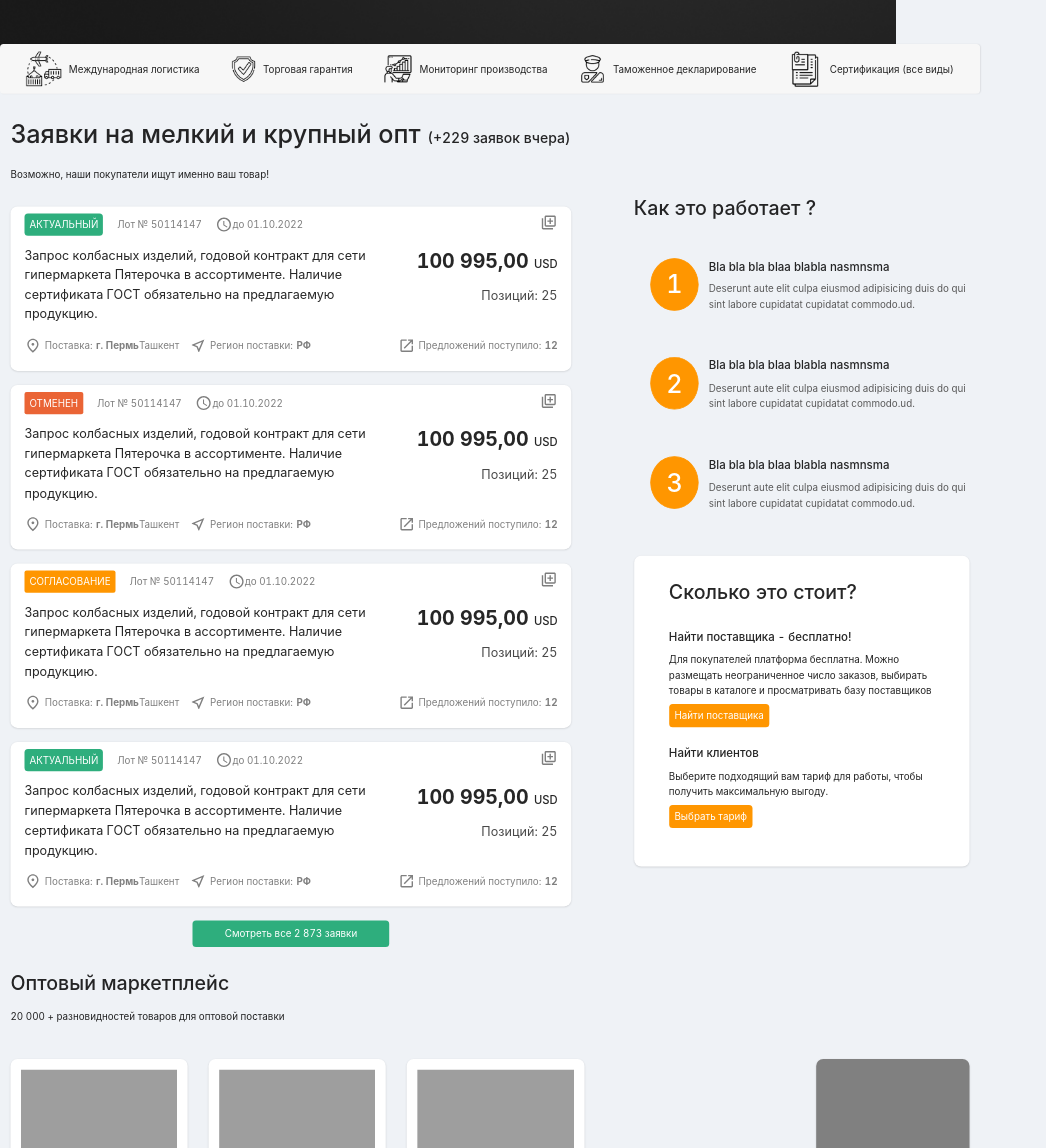
Repository: iDev07/all4uWelcomePage
Page: / (app in all4u.marketplace/)
These files come from the project's save history. The page is drawn as it stood at one moment and after the next save; the edit follows.
The browser window is 1280 px wide. The page is 1494 px wide, so the pictures cover 1494 px, including what lies to the right of the window. The pictures show the part of the page from y = 637 to 2277 px (the page is 5423 px tall), at 70% of full size.
Pictures or frames that could not be fetched are drawn as grey boxes. The page's requests for data from a server got no answer. Backgrounds fixed to the window are drawn as part of the page. Some web fonts or font styles are not loaded; a fallback is used. The project was rebuilt for these pictures with package versions that can differ from the ones it lists, and the page was loaded fresh each time. The framework's server and built-in components were replaced by stand-ins that run in the browser. No one was signed in, and anything a server would have sent is missing. Also part of the build but not shown: all4u.marketplace/next.config.js, all4u.marketplace/components/MobileFooter.js.

Above is the page before, as saved 2023-05-30 22:58:32.

### all4u.marketplace/pages/_app.js
import "../styles/globals.css";
import "../styles/Main.scss";

function MyApp({ Component, pageProps }) {
  return <Component {...pageProps} />;
}

export default MyApp;

### all4u.marketplace/styles/globals.css
/* Font */
@import url("http://fonts.cdnfonts.com/css/sf-pro-display");
html,
body {
  padding: 0 !important;
  margin: 0 !important;
  font-family: "SF Pro Display", sans-serif !important;
  background-color: #eff2f6 !important;
}

a {
  color: inherit !important;
  text-decoration: none !important;
}
.containerdev {
  position: relative !important;
  padding-right: 15px;
  padding-left: 15px;
  margin-right: auto;
  margin-left: auto;
}
@media (min-width: 768px) {
  .containerdev {
    width: 850px;
  }
}
@media (min-width: 992px) {
  .containerdev {
    width: 970px;
  }
}
@media (min-width: 1200px) {
  .containerdev {
    width: 1400px;
  }
  /* @media (min-width: 1250px) {
    .containerdev {
      width: 1200px;
    }
  } */
}
* {
  box-sizing: border-box !important;
}
.ant-select-item-option-active:not(.ant-select-item-option-disabled) {
  background-color: #202123 !important;
}

### all4u.marketplace/components/Orders.js
import React from "react";
import MailOutlineIcon from "@mui/icons-material/MailOutline";
import Fade from "react-reveal/Fade";
import WatchLaterOutlinedIcon from "@mui/icons-material/WatchLaterOutlined";
import LibraryAddOutlinedIcon from "@mui/icons-material/LibraryAddOutlined";
import FmdGoodOutlinedIcon from "@mui/icons-material/FmdGoodOutlined";
import NearMeOutlinedIcon from "@mui/icons-material/NearMeOutlined";
import LaunchOutlinedIcon from "@mui/icons-material/LaunchOutlined";
function Orders() {
  return (
    <div className="Orders">
      <div className="containerdev">
        <div className="intro">
          <h1>
            Заявки на мелкий и крупный опт <span>(+229 заявок вчера)</span>
          </h1>
          <p>Возможно, наши покупатели ищут именно ваш товар!</p>
        </div>
        <div className="orders_wrapper">
          <div className="orders_id">
            <Fade left>
              <div className="old_order">
                <div className="head_sec">
                  <div className="left_box">
                    <ul className="wishlist">
                      <li className="prod_status">
                        {" "}
                        <p className="new">АКТУАЛЬНЫЙ</p>
                      </li>
                      <li>
                        <p>Лот № 50114147</p>
                      </li>
                      <li>
                        <p>
                          <WatchLaterOutlinedIcon />
                          до 01.10.2022
                        </p>
                      </li>
                    </ul>
                  </div>
                  <div className="right_box">
                    <a href="">
                      {" "}
                      <p>
                        <LibraryAddOutlinedIcon />
                      </p>
                    </a>
                  </div>
                </div>
                <div className="product_features">
                  <a href="">
                    <div className="opisanie">
                      <p>
                        Запрос колбасных изделий, годовой контракт для сети
                        гипермаркета Пятерочка в ассортименте. Наличие
                        сертификата ГОСТ обязательно на предлагаемую продукцию.
                      </p>
                    </div>
                    <div className="tsena">
                      <h1>
                        <b>100 995,00</b> <span>USD</span>
                      </h1>
                      <p> Позиций: 25</p>
                    </div>
                  </a>
                </div>
                <div className="bottom_sec">
                  <p className="location">
                    {" "}
                    <FmdGoodOutlinedIcon /> Поставка: <b>г. Пермь </b> Ташкент
                  </p>
                  <p className="located">
                    <NearMeOutlinedIcon /> Регион поставки: <b> РФ</b>
                  </p>
                  <p className="sipped">
                    <LaunchOutlinedIcon />
                    Предложений поступило: <b>12</b>
                  </p>
                </div>
              </div>
            </Fade>
            <Fade left>
              <div className="old_order">
                <div className="head_sec">
                  <ul className="wishlist">
                    <li className="prod_status">
                      {" "}
                      <p className="cancelled">ОТМЕНЕН</p>
                    </li>
                    <li>
                      <p>Лот № 50114147</p>
                    </li>
                    <li>
                      <p>
                        <WatchLaterOutlinedIcon />
                        до 01.10.2022
                      </p>
                    </li>
                  </ul>
                  <div className="right_box">
                    <a href="">
                      {" "}
                      <p>
                        <LibraryAddOutlinedIcon />
                      </p>
                    </a>
                  </div>
                </div>
                <div className="product_features">
                  <a href="">
                    <div className="opisanie">
                      <p>
                        Запрос колбасных изделий, годовой контракт для сети
                        гипермаркета Пятерочка в ассортименте. Наличие
                        сертификата ГОСТ обязательно на предлагаемую продукцию.
                      </p>
                    </div>
                    <div className="tsena">
                      <h1>
                        <b>100 995,00</b> <span>USD</span>
                      </h1>
                      <p> Позиций: 25</p>
                    </div>
                  </a>
                </div>
                <div className="bottom_sec">
                  <p className="location">
                    {" "}
                    <FmdGoodOutlinedIcon /> Поставка: <b>г. Пермь </b> Ташкент
                  </p>
                  <p className="located">
                    <NearMeOutlinedIcon /> Регион поставки: <b> РФ</b>
                  </p>
                  <p className="sipped">
                    <LaunchOutlinedIcon />
                    Предложений поступило: <b>12</b>
                  </p>
                </div>
              </div>
            </Fade>
            <Fade left>
              <div className="old_order">
                <div className="head_sec">
                  <ul className="wishlist">
                    <li className="prod_status">
                      {" "}
                      <p className="matching">СОГЛАСОВАНИЕ</p>
                    </li>
                    <li>
                      <p>Лот № 50114147</p>
                    </li>
                    <li>
                      <p>
                        <WatchLaterOutlinedIcon />
                        до 01.10.2022
                      </p>
                    </li>
                  </ul>
                  <div className="right_box">
                    <a href="">
                      {" "}
                      <p>
                        <LibraryAddOutlinedIcon />
                      </p>
                    </a>
                  </div>
                </div>
                <div className="product_features">
                  <a href="">
                    <div className="opisanie">
                      <p>
                        Запрос колбасных изделий, годовой контракт для сети
                        гипермаркета Пятерочка в ассортименте. Наличие
                        сертификата ГОСТ обязательно на предлагаемую продукцию.
                      </p>
                    </div>
                    <div className="tsena">
                      <h1>
                        <b>100 995,00</b> <span>USD</span>
                      </h1>
                      <p> Позиций: 25</p>
                    </div>
                  </a>
                </div>
                <div className="bottom_sec">
                  <p className="location">
                    {" "}
                    <FmdGoodOutlinedIcon /> Поставка: <b>г. Пермь </b> Ташкент
                  </p>
                  <p className="located">
                    <NearMeOutlinedIcon /> Регион поставки: <b> РФ</b>
                  </p>
                  <p className="sipped">
                    <LaunchOutlinedIcon />
                    Предложений поступило: <b>12</b>
                  </p>
                </div>
              </div>
            </Fade>
            <Fade left>
              <div className="old_order">
                <div className="head_sec">
                  <ul className="wishlist">
                    <li className="prod_status">
                      {" "}
                      <p className="new">АКТУАЛЬНЫЙ</p>
                    </li>
                    <li>
                      <p>Лот № 50114147</p>
                    </li>
                    <li>
                      <p>
                        <WatchLaterOutlinedIcon />
                        до 01.10.2022
                      </p>
                    </li>
                  </ul>
                  <div className="right_box">
                    <a href="">
                      {" "}
                      <p>
                        <LibraryAddOutlinedIcon />
                      </p>
                    </a>
                  </div>
                </div>
                <div className="product_features">
                  <a href="">
                    <div className="opisanie">
                      <p>
                        Запрос колбасных изделий, годовой контракт для сети
                        гипермаркета Пятерочка в ассортименте. Наличие
                        сертификата ГОСТ обязательно на предлагаемую продукцию.
                      </p>
                    </div>
                    <div className="tsena">
                      <h1>
                        <b>100 995,00</b> <span>USD</span>
                      </h1>
                      <p> Позиций: 25</p>
                    </div>
                  </a>
                </div>
                <div className="bottom_sec">
                  <p className="location">
                    {" "}
                    <FmdGoodOutlinedIcon /> Поставка: <b>г. Пермь </b> Ташкент
                  </p>
                  <p className="located">
                    <NearMeOutlinedIcon /> Регион поставки: <b> РФ</b>
                  </p>
                  <p className="sipped">
                    <LaunchOutlinedIcon />
                    Предложений поступило: <b>12</b>
                  </p>
                </div>
              </div>
            </Fade>
            <p className="all_products">
              <a href="">
                Смотреть все <span>2 873</span> заявки
              </a>
            </p>
          </div>
          <Fade right>
            <div className="how_it_work">
              <div className="entrence">
                <h1>Как это работает ?</h1>
              </div>
              <div className="steps_wrapper">
                <div className="steps">
                  <div className="number">
                    <h2>1</h2>
                  </div>
                  <div className="about_step">
                    <h3>Bla bla bla blaa blabla nasmnsma</h3>
                    <p>
                      Deserunt aute elit culpa eiusmod adipisicing duis do qui
                      sint labore cupidatat cupidatat commodo.ud.
                    </p>
                  </div>
                </div>
                <div className="steps">
                  <div className="number">
                    <h2>2</h2>
                  </div>
                  <div className="about_step">
                    <h3>Bla bla bla blaa blabla nasmnsma</h3>
                    <p>
                      Deserunt aute elit culpa eiusmod adipisicing duis do qui
                      sint labore cupidatat cupidatat commodo.ud.
                    </p>
                  </div>
                </div>
                <div className="steps">
                  <div className="number">
                    <h2>3</h2>
                  </div>
                  <div className="about_step">
                    <h3>Bla bla bla blaa blabla nasmnsma</h3>
                    <p>
                      Deserunt aute elit culpa eiusmod adipisicing duis do qui
                      sint labore cupidatat cupidatat commodo.ud.
                    </p>
                  </div>
                </div>
              </div>
              <div className="find_client">
                <h1>Сколько это стоит?</h1>
                <div className="find_expoter">
                  {" "}
                  <h3>Найти поставщика - бесплатно!</h3>
                  <p>
                    Для покупателей платформа бесплатна. Можно размещать
                    неограниченное число заказов, выбирать товары в каталоге и
                    просматривать базу поставщиков
                  </p>
                  <p>
                    <a href="">Найти поставщика</a>
                  </p>
                </div>
                <div className="find_expoter">
                  {" "}
                  <h3>Найти клиентов</h3>
                  <p>
                    Выберите подходящий вам тариф для работы, чтобы получить
                    максимальную выгоду.
                  </p>
                  <p>
                    <a href="">Выбрать тариф</a>
                  </p>
                </div>
              </div>
            </div>
          </Fade>
        </div>
      </div>
    </div>
  );
}

export default Orders;

### all4u.marketplace/components/Navbar.module.css
.mt {
  margin-top: -40px;
}

.tr,
.mt {
  transition: 0.11s all linear;
}

.navbar input[type="checkbox"],
.navbar .hamburger_lines {
  display: none;
}

.container {
  width: 100%;
  margin: auto;
}
.account {
  position: absolute !important;
  right: 5% !important;
  top: 10% !important;
}
.account p {
  display: flex;
  align-items: center;
}
.account p svg {
  font-size: 40px;
}
.phone_number {
  position: absolute !important;
  bottom: 5% !important;
  left: 30%;
}
.change_lang {
  z-index: 200 !important;
  width: 70px;
  position: absolute !important;
  right: 8% !important;
  top: 4% !important;
}
.navbar {
  position: fixed;
  width: 100%;
  display: none;
  background: rgba(51, 51, 51, 0.5);
  backdrop-filter: blur(20px);
  color: #fff;
  height: 97px;
  padding-top: 8px;
  z-index: 100;
}
@media (max-width: 768px) {
  .navbar {
    display: flex;
  }
}
.navbar_container {
  display: flex;
  justify-content: space-between;
  align-items: center;
  height: 64px;
}

.menu_items {
  order: 2;
  display: flex;
  width: 75%;
  align-items: center;
  justify-content: space-between;
}

.menu_items img {
  margin-left: 30px;
}

.logo {
  order: 1;
  font-size: 1.8rem;
}
.menu_items li {
  list-style: none;
  font-size: 1.1rem;
  display: flex;
  align-items: center;
  color: #fff;
}

.item__inactive {
  color: #fff !important;
  text-decoration: none;
  font-weight: 500;
  transition: color 0.3s ease-in-out;
  font-size: 16px;
}

.item__active {
  color: #fff !important;
  text-decoration: none;
  font-weight: 500;
  transition: color 0.3s ease-in-out;
  font-size: 16px;
  border-bottom: 3px solid #fff !important;
}

.navbar__select {
  position: absolute;
  z-index: 2;
  display: none;
}

@media (min-width: 760px) and (max-width: 980.9px) {
  .logo {
    width: 30%;
  }

  .navbar a {
    font-size: 8px;
    width: 50px;
  }

  .menu_items li {
    margin-left: 10px;
  }
  .container {
    width: 100%;
  }
  .menu_items {
    width: 85%;
    justify-content: flex-end;
  }

  .forSearch {
    width: 200px;
  }
}

@media (min-width: 981px) and (max-width: 1449px) {
  .logo {
    height: 10%;
  }

  .navbar a {
    font-size: 84%;
  }

  .menu_items li {
    margin-left: 25px;
  }

  .container {
    width: 100%;
  }
  .menu_items {
    width: 85%;
    justify-content: flex-end;
  }
}

@media (min-width: 1450px) and (max-width: 1500px) {
  .logo {
    width: 10%;
  }

  .navbar a {
    font-size: 14px;
    width: 70px;
  }

  .menu_items li {
    margin-left: 10px;
  }
  .container {
    width: 100%;
  }
  .menu_items {
    width: 85%;
    justify-content: flex-end;
  }
}

@media (max-width: 768px) {
  .navbar_container input[type="checkbox"],
  .navbar_container .hamburger_lines {
    display: block;
  }

  .navbar_container {
    display: block;
    position: relative;
    height: 64px;
  }

  .navbar_container input[type="checkbox"] {
    position: absolute;
    display: block;
    height: 32px;
    width: 30px;
    top: 20px;
    left: 20px;
    z-index: 5;
    opacity: 0;
    cursor: pointer;
  }

  .navbar_container .hamburger_lines {
    display: block;
    height: 28px;
    width: 35px;
    position: absolute;
    top: 14px;
    left: 20px;
    z-index: 2;
    display: flex;
    flex-direction: column;
    justify-content: space-between;
    align-items: center;
  }

  .navbar_container .hamburger_lines .line {
    display: block;
    height: 4px;
    width: 100%;
    border-radius: 10px;
    background: #fff;
  }

  .navbar_container .hamburger_lines .line1 {
    transform-origin: 0% 0%;
    transition: transform 0.3s ease-in-out;
  }

  .navbar_container .hamburger_lines .line2 {
    transition: transform 0.1s ease-in-out;
  }

  .navbar_container .hamburger_lines .line3 {
    transform-origin: 0% 100%;
    transition: transform 0.3s ease-in-out;
  }

  .navbar .menu_items {
    padding-top: 100px;
    margin-top: -20px;
    background: #24252a;
    height: 100vh;
    z-index: 1;
    width: 120%;
    position: relative;
    transform: translate(-150%);
    display: block;
    flex-direction: column;
    margin-left: -40px;
    padding-left: 0;
    transition: transform 0.5s ease-in-out;
    overflow: scroll;
    justify-content: space-evenly;
  }

  .navbar .menu_items li {
    font-size: 20px;
    display: flex;
    justify-content: center;
    padding: 10px 0;
    font-weight: 500;
  }

  .logo {
    position: absolute;
    top: 7px;
    left: 30%;
    width: 120px;
    font-size: 1.7rem;
  }

  .navbar__selectLG {
    display: none !important;
  }

  .navbar__select {
    display: none;
    margin: 0 0 0 50%;
    top: 20%;
    width: 25%;
  }

  .navbar_container input[type="checkbox"]:checked ~ .navbar__select {
    display: flex;
    align-items: center;
    justify-content: space-evenly;
  }

  .navbar_container input[type="checkbox"]:checked ~ .menu_items {
    transform: translateX(0);
  }

  .navbar_container input[type="checkbox"]:checked ~ .hamburger_lines .line1 {
    transform: rotate(45deg);
  }

  .navbar_container input[type="checkbox"]:checked ~ .hamburger_lines .line2 {
    transform: scaleY(0);
  }

  .navbar_container input[type="checkbox"]:checked ~ .hamburger_lines .line3 {
    transform: rotate(-45deg);
  }
}

@media (max-width: 500px) {
  .navbar_container input[type="checkbox"]:checked ~ .logo {
    display: none;
  }
}

Loaded but not shown: all4u.marketplace/components/Wholesale.js (200 lines, source omitted); all4u.marketplace/components/Retail.js (170 lines, source omitted); all4u.marketplace/components/Footer.js (148 lines, source omitted); all4u.marketplace/components/Header.js (100 lines, source omitted); all4u.marketplace/components/MobileHeader.js (101 lines, source omitted); all4u.marketplace/components/News.js (87 lines, source omitted); all4u.marketplace/components/HomeMain.js (68 lines, source omitted); all4u.marketplace/components/Join.js (65 lines, source omitted); all4u.marketplace/components/Advanteges.js (57 lines, source omitted); all4u.marketplace/components/SmallServices.js (46 lines, source omitted); all4u.marketplace/pages/index.js (37 lines, source omitted); all4u.marketplace/components/HandleOutsideClick.js (20 lines, source omitted); all4u.marketplace/components/Services.js (23 lines, source omitted); all4u.marketplace/styles/Main.scss (1187 lines, source omitted)

After the next save:
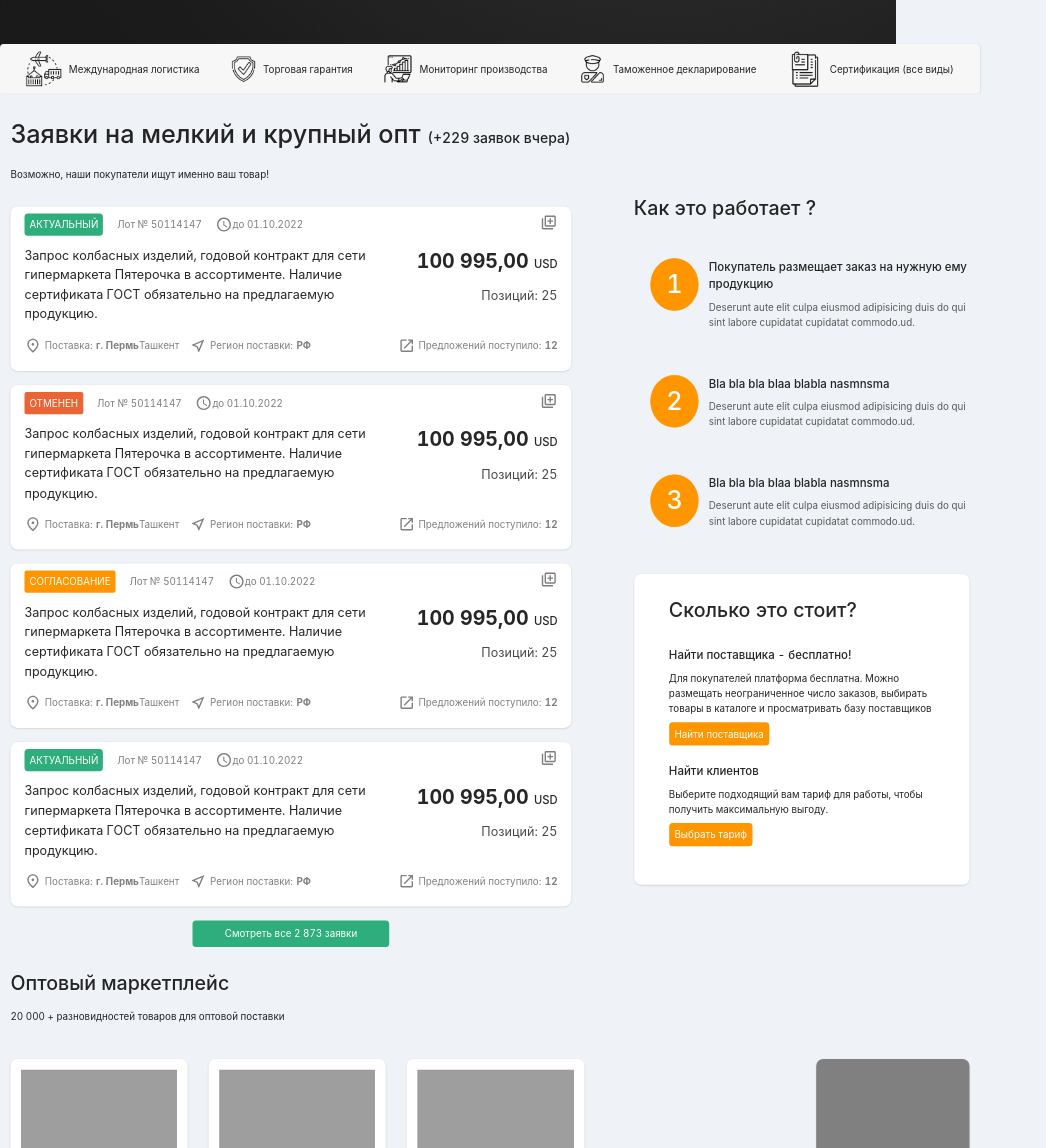
Saved 108 s later.
--- a/all4u.marketplace/components/Orders.js
+++ b/all4u.marketplace/components/Orders.js
@@ -273,7 +273,7 @@ function Orders() {
                     <h2>1</h2>
                   </div>
                   <div className="about_step">
-                    <h3>Bla bla bla blaa blabla nasmnsma</h3>
+                    <h3>Покупатель размещает заказ на нужную ему продукцию</h3>
                     <p>
                       Deserunt aute elit culpa eiusmod adipisicing duis do qui
                       sint labore cupidatat cupidatat commodo.ud.
